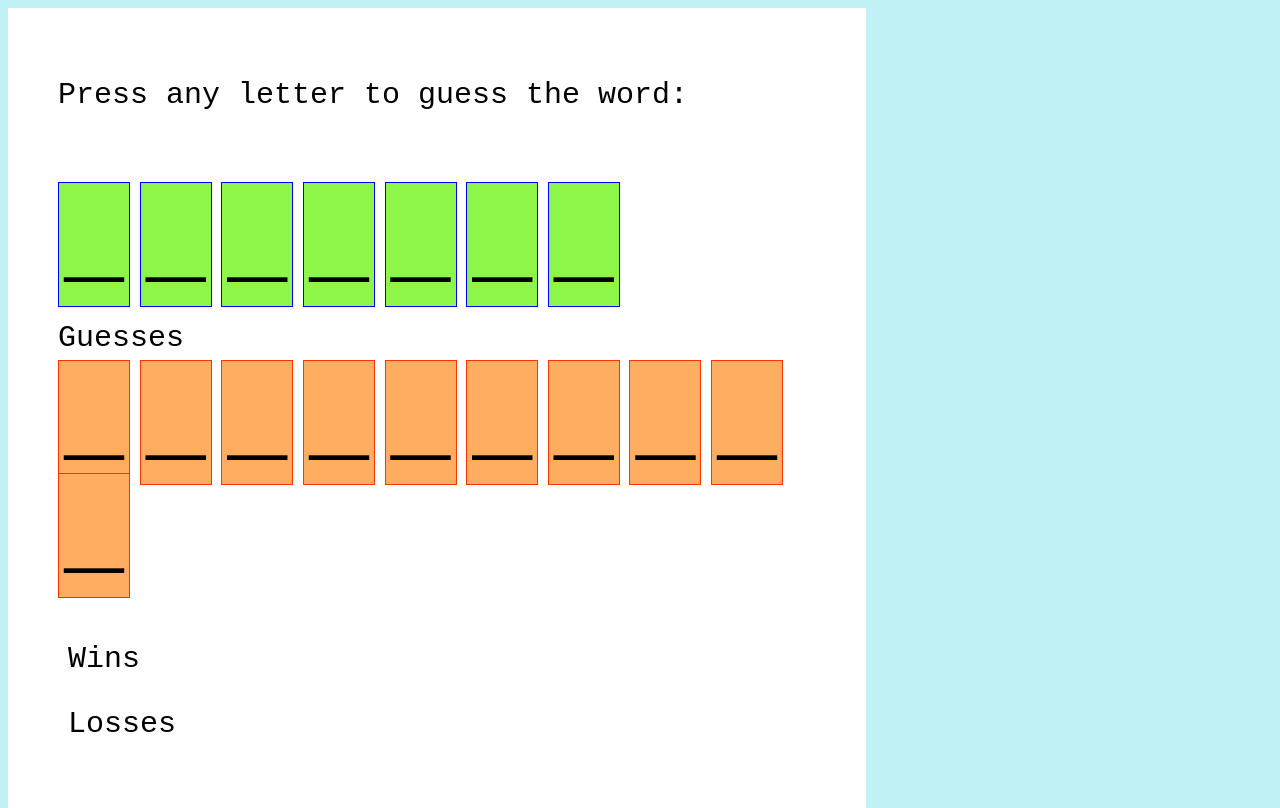
Repository: dsaftler/JavaScript
Page: index.html
An editor plug-in stored every save of this project. The page is shown before and after the next save, followed by the edit.
The browser window is 1280 px wide. The pictures show the whole page.

Above is the page before, as saved 2019-05-11 20:42:28.

### index.html
<!DOCTYPE html>
<html lang="en">
<head>
  <meta charset="UTF-8">
  <meta name="viewport" content="width=device-width, initial-scale=1.0">
  <meta http-equiv="X-UA-Compatible" content="ie=edge">
  <link href="https://fonts.googleapis.com/css?family=Ubuntu+Mono" rel="stylesheet">
  <link rel="stylesheet" href="assets\css\style.css">
<script src="https://ajax.googleapis.com/ajax/libs/jquery/3.4.0/jquery.min.js"></script>

  <title>JavaScript Hangman Game</title>
</head>
<body>
    <div class="container">
        <div class="instructions showtext">Press any letter to guess the word: </div>

         <div class="showtext" id="correctWord" ></div>



         <div class="letter match" id="chr_0">_</div>
         <div class="letter match" id="chr_1">_</div>
         <div class="letter match" id="chr_2">_</div>
         <div class="letter match" id="chr_3">_</div>
         <div class="letter match" id="chr_4">_</div>
         <div class="letter match" id="chr_5">_</div>
         <div class="letter match" id="chr_6">_</div>
          <div class="letter match" id="chr_7">_</div>
          <div class="letter match" id="chr_8">_</div>
          <div class="letter match" id="chr_9">_</div>

        <div class="showtext" id="showGuesses">Guesses </div>

        <div class="letter guessed" id="guess_0">_</div>
        <div class="letter guessed" id="guess_1">_</div>
        <div class="letter guessed" id="guess_2">_</div>
        <div class="letter guessed" id="guess_3">_</div>
        <div class="letter guessed" id="guess_4">_</div>
        <div class="letter guessed" id="guess_5">_</div>
        <div class="letter guessed" id="guess_6">_</div>
        <div class="letter guessed" id="guess_7">_</div>
        <div class="letter guessed" id="guess_8">_</div>
        <div class="letter guessed" id="guess_9">_</div>

      <div class="score">
      <div class="showtext" id="showWins">Wins</div>
      <div class="showtext" id="showLosses">Losses</div>

    </div>

    <script type="text/javascript" src="assets/javascript/game.js"></script>


</body>
</html>

### assets/css/style.css
body {font-family: 'Ubuntu+Mono',monospace, sans-serif;
  font-weight: 400;
  background-color: rgb(192, 241, 245);
  height: 600px;
}
.container {width:60%;
  max-width: 960px;

 /* background-image: "url('assets/images/Hangman.png')";  */
 background-color: white;
 height:700px;
 padding: 50px;
 }
 .showtext {height:35px;
  padding: 20px 0 10px;
  font-size: 30px;
 }
.letter {font-size: 100px;
  display: inline;
  padding: 5px;}
.match {
  border: 1px solid blue;
  background-color: rgb(142, 245, 73)}
.guessed {
  font-weight: 100;
  border: 1px solid #ff3300;
  background-color: rgb(255, 173, 96);
}
.score{
  margin-top: 20px;
  padding:10px;
  height:120px;
}
.warn{
 color: red;
}
.normal{
  color:black;
}
.win{
  color: green;
}

### assets/javascript/game.js
// Variables
var cntWins,
  curCntGuess,
  ltr_0,
  ltr_1,
  ltr_2,
  ltr_3,
  ltr_4,
  ltr_5,
  ltr_6,
  ltr_7,
  ltr_8,
  ltr_9;
var ltrTried_0,
  ltrTried_1,
  ltrTried_2,
  ltrTried_3,
  ltrTried_4,
  ltrTried_5,
  ltrTried_6,
  ltrTried_7,
  ltrTried_8,
  ltrTried_9;

var maxGuesses = 9,
  cntWins = 0,
  cntLosses = 0;
var userGuess;
// within the game
// while wordArr.length>0
//while (wordArr.length>0) {
var curPtr, curCntGuess,
  curLetter, curWord, myWord,
  badGuess, curWordArr, builtWord,
  isFound,
  curPtr = 0,
  firstTime = true;

console.log('firstTime:' + firstTime)

var wordArr = [
  {word:"unicorn",
    image: "assets/images/unicorn.png",
    imgAlt: "Unicorn"},
  {word: "griffin",
    image: "assets/images/griffin.png",
    imgAlt: "Griffin"},
  {word: "manticore",
    image: "assets/images/manticore.png",
    imgAlt: "Manticore"},
  {word: "mermaid",
    image: "assets/images/mermaid.png",
    imgAlt: "Mermaid"},
  {word: "centaur",
    image: "assets/images/centaur.png",
    imgAlt: "Centaur" },
  {word: "pegasus",
  image: "assets/images/pegasus.png",
    imgAlt: "Pegasus" },
  {word: "minotaur",
    image: "assets/images/minotaur.png",
    imgAlt: "minotaur"},
  {word: "dragon",
    image: "assets/images/dragon.png",
    imgAlt: "Dragon" },
  {word: "basilisk",
  image: "assets/images/basilisk.png",
    imgAlt: "Basilisk"},
  {word: "hippogriff",
    image: "assets/images/hippogriff.png",
    imgAlt: "Hippogriff"}];

initGame();

document.onkeydown = function (event) {
  isFound = false
  // Determines which key was pressed.
  var userGuess = event.key;

  userGuess = userGuess.toLowerCase()
  let asciiChr=userGuess.charCodeAt(0)
  if (userGuess.length===1 && asciiChr >= 97 && asciiChr <= 122) {
  // console.log("userGuess: " + userGuess);
  // is userGuess already in badGuess
  //showValue("curGuess",userGuess);
    showValue("showGuesses", "Guesses",'normal')
    for (let i = 0; i < badGuess.length; i++) {
      //See if that letter was already chosen by parsing badGuess
      if (badGuess[i] === userGuess) {
        //alert("You alread guessed "+userGuess)
        showValue("showGuesses", "You already guessed " + userGuess,'warn')
        isFound = true
      }
    }
    //see if it's in the target word
    // for every letter in curWord, see if that letter exists at that index  charAt(index)
    console.log("curWordArr " + curWordArr)
    if (!isFound) {
      for (let i = 0; i < curWordArr.length; i++) {
        //if index [j]is blank and matches our guess

        if (curWordArr[i] === userGuess) {
          console.log("curWordArr " + i + '=' + curWordArr[i])
          builtWord[i] = userGuess
          //set getElementId for that index (see if I can create a variable "ltr_"+(toString([j]))
          //id="chr_0"
          el = 'chr_' + i
          showValue(el, userGuess)
          //getElementById(el).textContent:userGuess;
          isFound = true
        }
      }
    }
    if (!isFound) {
      el = "guess_" + badGuess.length;
      showValue(el, userGuess);
      // push to badGuess
      badGuess.push(userGuess);
      // console.log("badGuess: " + badGuess)
      curCntGuess++
      // console.log("curCntGuess :" + curCntGuess)
      // push content for ltrTried ids
      // show content for badguesses
    }



    if (curCntGuess >= maxGuesses) {
      //alert('You lost')
      cntLosses++;
      showValue("showLosses", "Losses   " + cntLosses)
      showValue("correctWord", "The Word was  " + curWord,'warn')
      nextWord()
    } else {
      if (collapseArray() === curWord) {
        //alert("You won")
        cntWins++;
        showValue("showWins", "Wins   " + cntWins)
        showValue("correctWord", "The Word was  " + curWord,'win')

        nextWord()
      } else {
        myWord = ''
      }
      // showValue("showGuesses", "Guesses")
    }
  }
}


function initGame() {
  allLetters = document.querySelectorAll('.letter');
  allLetters.forEach(element => {
    element.textContent = '_';
  });
  curCntGuess = 0;
  curLetter = "";
  curWord = "";
  myWord = "";
  badGuess = [];
  curWordArr = [];
  builtWord = [];
  console.log("WordArr aft: " + wordArr)
  console.log("wordArr.length: " + wordArr.length)
  curPtr = getRandomPtr(wordArr.length); //0
  console.log("curPtr: " + curPtr)
  //curWordArr = array the word at that index
  curWord = wordArr[curPtr].word; //unicorn
  console.log("curWord: " + curWord)
  for (let i = 0; i <=9; i++) {
    if (i < curWord.length) {
      myLetter = curWord.charAt([i]);
    //console.log(myLetter);
      curWordArr.push(myLetter);
      $("#chr_" + i).show()
    } else {
      // el = 'chr_' + i
      $("#chr_"+i).hide()
    }
  }
  //clear the ltrTried & ltr elements
  //console.log(curPtr);
  //console.log(curWord);
  console.log("curWordArr " + curWordArr)
}

function nextWord() {
  console.log("Word Arr b4: " + wordArr)
  wordArr.splice(curPtr, 1)
  if (wordArr.length === 0) {
    //alert("End of Game")
  } else {
    initGame()
  }
}

function showValue(thisId, thisValue,msgType) {
  var target = document.getElementById(thisId);
  // console.log(thisValue)
  // console.log(thisId)
  // this shoulc have worked with addClass!
  switch(msgType) {
    case 'warn':
      clscolor='red';
      break;
    case 'win':
      clscolor = 'green';
      break;
    case 'normal':
      clscolor = 'black';
      break;
  }
  target.innerHTML = '<span class='+msgType+'>'+thisValue+'</span>';
  // $("#target").addClass(msgType)
}

// function addValue(thisId, thisValue) {
//   var target = document.getElementById(thisId);
//   target.innerHTML = target.innerHTML + "      " + thisValue;
// }

function collapseArray() {

  for (let k = 0; k < builtWord.length; k++) {
    localVal = builtWord[k]
    if (typeof (localVal) != 'undefined') {
      // console.log("myWord length: "+myWord.length+ " K is "+localVal)
      myWord = myWord + localVal
      //console.log("myWord "+myWord)
    }
  }
  return myWord
}


function getUserGuess() {
  var userGuess = document.getElementById("getKeyPress");
  userGuess = userGuess.toLowerCase();


}



function getRandomPtr(max) {
  return Math.floor(Math.random() * Math.floor(max));
  // this will return 0 through max-1
}

function getRandomInt(max) {
  return getRandomPtr(max) + 1
  // this will return 1 through max
}

After the next save:
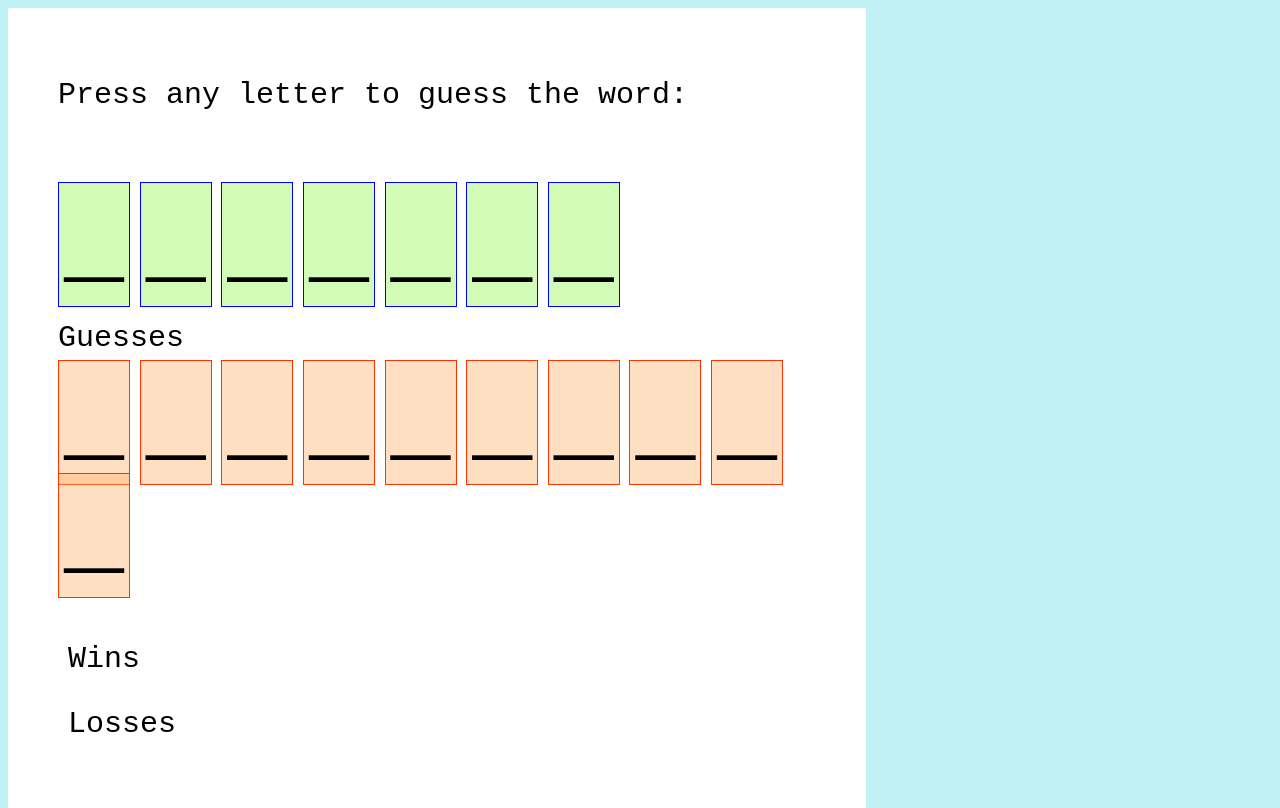
Saved 9 min 55 s later.
--- a/assets/css/style.css
+++ b/assets/css/style.css
@@ -20,11 +20,11 @@ body {font-family: 'Ubuntu+Mono',monospace, sans-serif;
   padding: 5px;}
 .match {
   border: 1px solid blue;
-  background-color: rgb(142, 245, 73)}
+  background-color: rgb(142, 245, 73,0.39)}
 .guessed {
   font-weight: 100;
   border: 1px solid #ff3300;
-  background-color: rgb(255, 173, 96);
+  background-color: rgba(255, 173, 96, 0.39);
 }
 .score{
   margin-top: 20px;
